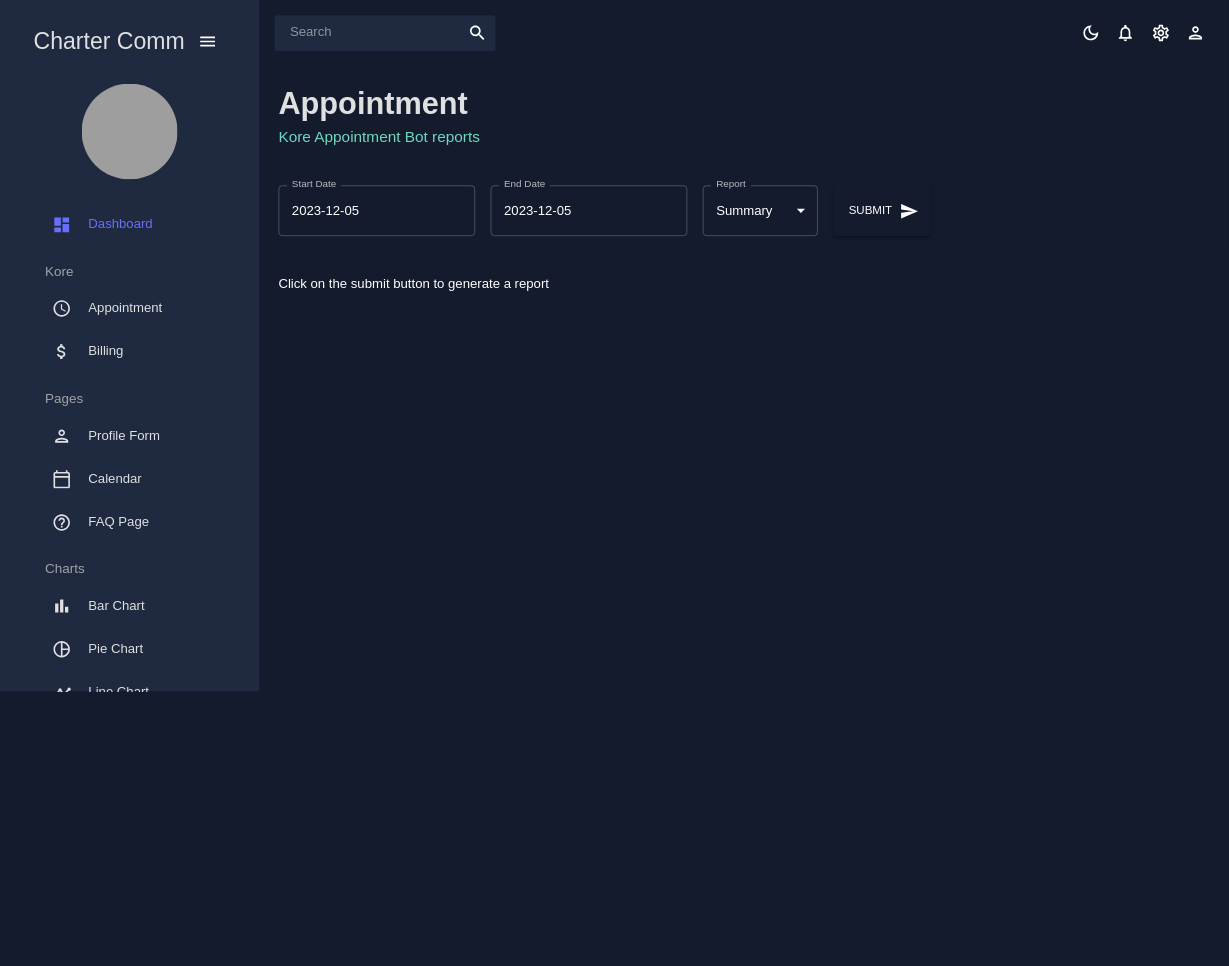
Repository: HenrryWith2Rs/reporthub
Page: /kore/appt (app in ui/)
These files come from the project's save history. The page is drawn as it stood at one moment and after the next save; the edit follows.
The browser window is 1280 px wide. The pictures show the whole page, at 96% of full size.
Pictures or frames that could not be fetched are drawn as grey boxes. The project was rebuilt for these pictures with package versions that can differ from the ones it lists, and the page was loaded fresh each time. Also part of the build but not shown: ui/vite.config.ts, ui/src/data/mockData.ts, ui/src/components/LineChart.tsx, ui/src/data/mockGeoFeatures.ts, ui/src/components/GeographyChart.tsx, ui/src/data/dataParser.ts, ui/src/components/BarChart.tsx, ui/src/components/ProgressCircle.tsx and 8 more.

Above is the page before, as saved 2023-12-07 08:14:15.

### ui/src/main.tsx
import React from 'react';
import ReactDOM from 'react-dom/client';
import { BrowserRouter } from 'react-router-dom';
import App from './App.tsx';
import './index.css';
import { LocalizationProvider } from '@mui/x-date-pickers';
import { AdapterDateFns } from '@mui/x-date-pickers/AdapterDateFns';
import { QueryClient, QueryClientProvider } from '@tanstack/react-query';
// import {ReactQueryDevtools} from "@tanstack/react-query-devtools"

const queryClient = new QueryClient();

ReactDOM.createRoot(document.getElementById('root')!).render(
  <React.StrictMode>
    <LocalizationProvider dateAdapter={AdapterDateFns}>
      <BrowserRouter>
        <QueryClientProvider client={queryClient}>
          <App />
        </QueryClientProvider>
      </BrowserRouter>
    </LocalizationProvider>
  </React.StrictMode>
);

### ui/src/App.tsx
import { Routes, Route } from 'react-router-dom';
import ThemeRegistry from './ThemeRegistry/ThemeRegistry';
import Topbar from './scenes/global/Topbar';
import Sidebar from './scenes/global/Sidebar';
import Dashboard from './scenes/dashboard';
import Appointment from './scenes/appointment';
import Bar from './scenes/bar';
import Pie from './scenes/pie';
import Line from './scenes/line';
import Geography from './scenes/geography';

function App() {
  return (
    <ThemeRegistry>
      <div className="app">
        <Sidebar />
        <main className="content">
          <Topbar />
          <Routes>
            <Route path="/" element={<Dashboard />} />
            <Route path="/kore/appt" element={<Appointment />} />
            <Route path="/bar" element={<Bar />} />
            <Route path="/pie" element={<Pie />} />
            <Route path="/line" element={<Line />} />
            <Route path="/geography" element={<Geography />} />
          </Routes>
        </main>
      </div>
    </ThemeRegistry>
  );
}

export default App;

### ui/src/index.css
@import url('https://fonts.googleapis.com/css2?family=Poppins:wght@300;400;500;600&family=Source+Code+Pro:wght@400;600;700&display=swap');

html,
body,
#root,
.app,
.content {
  height: 100%;
  width: 100%;
  font-family: 'Source Sans Pro', sans-serif;
}

.app {
  display: flex;
  position: relative;
}

::-webkit-scrollbar {
  width: 10px;
}

/* Track */
::-webkit-scrollbar-track {
  background: #e0e0e0;
}

/* Handle */
::-webkit-scrollbar-thumb {
  background: #888;
}

/* Handle on hover */
::-webkit-scrollbar-thumb:hover {
  background: #555;
}

### ui/src/ThemeRegistry/ThemeRegistry.tsx
import { ThemeProvider, CssBaseline } from '@mui/material';
import { ColorModeContext, useMode } from './theme';

export default function ThemeRegistry({
  children,
}: {
  children: React.ReactNode;
}) {
  const [theme, colorMode] = useMode();
  return (
    <ColorModeContext.Provider value={colorMode}>
      <ThemeProvider theme={theme}>
        {/* CssBaseline kickstart an elegant, consistent, and simple baseline to build upon. */}
        <CssBaseline />
        {children}
      </ThemeProvider>
    </ColorModeContext.Provider>
  );
}

### ui/src/scenes/global/Topbar.tsx
import { Box, IconButton, useTheme } from '@mui/material';
import { useContext } from 'react';
import { ColorModeContext, tokens } from '../../ThemeRegistry/theme';
import InputBase from '@mui/material/InputBase';
import LightModeOutlinedIcon from '@mui/icons-material/LightModeOutlined';
import DarkModeOutlinedIcon from '@mui/icons-material/DarkModeOutlined';
import NotificationsOutlinedIcon from '@mui/icons-material/NotificationsOutlined';
import SettingsOutlinedIcon from '@mui/icons-material/SettingsOutlined';
import PersonOutlinedIcon from '@mui/icons-material/PersonOutlined';
import SearchIcon from '@mui/icons-material/Search';

const Topbar = () => {
  const theme = useTheme();
  const colors = tokens(theme.palette.mode);
  const colorMode = useContext(ColorModeContext);

  return (
    <Box display="flex" justifyContent="space-between" p={2}>
      {/* SEARCH BAR */}
      <Box
        sx={{
          display: 'flex',
          backgroundColor: colors.primary[400],
          borderRadius: '3px',
        }}
      >
        <InputBase sx={{ ml: 2, flex: 1 }} placeholder="Search" />
        <IconButton type="button" sx={{ p: 1 }}>
          <SearchIcon />
        </IconButton>
      </Box>

      {/* ICONS */}
      <Box display="flex">
        <IconButton onClick={colorMode.toggleColorMode}>
          {theme.palette.mode === 'dark' ? (
            <DarkModeOutlinedIcon />
          ) : (
            <LightModeOutlinedIcon />
          )}
        </IconButton>
        <IconButton>
          <NotificationsOutlinedIcon />
        </IconButton>
        <IconButton>
          <SettingsOutlinedIcon />
        </IconButton>
        <IconButton>
          <PersonOutlinedIcon />
        </IconButton>
      </Box>
    </Box>
  );
};

export default Topbar;

### ui/src/scenes/appointment/index.tsx
import { useState, useEffect } from 'react';
import { tokens } from '../../ThemeRegistry/theme';
import Header from '../../components/Header';
import {
  useTheme,
  Box,
  Stack,
  Button,
  MenuItem,
  InputLabel,
  FormControl,
  CircularProgress,
} from '@mui/material';
import SendIcon from '@mui/icons-material/Send';
import Select, { SelectChangeEvent } from '@mui/material/Select';
import { DatePicker } from '@mui/x-date-pickers/DatePicker';
import { format } from 'date-fns';
import { getLastNDays } from '../../utils/dateUtils';
import { ReportType } from '../../types/koreTypes';
import useBotData from '../../api/dataHooks/useAppointmentData';
import BotReport from '../../components/BotReport';

const Appointment = () => {
  const theme = useTheme();
  const colors = tokens(theme.palette.mode);

  // State variables
  const [dateStart, setDateStart] = useState<Date | null>(new Date());
  const [dateEnd, setDateEnd] = useState<Date | null>(new Date());
  const [reportType, setReportType] = useState<ReportType>('summary');
  const [isFetchEnabled, setIsFetchEnabled] = useState<boolean>(false);

  // Effect to set initial date values
  useEffect(() => {
    const { startDate, endDate } = getLastNDays(1);
    setDateStart(startDate);
    setDateEnd(endDate);
  }, []);

  // Format date values
  const formattedStartDate = formatDate(dateStart);
  const formattedEndDate = formatDate(dateEnd);

  // Fetch data using useBotData
  const { data, isFetching, error, refetch } = useBotData(
    'appointment',
    formattedStartDate,
    formattedEndDate,
    reportType,
    'html',
    isFetchEnabled
  );

  // Log loading, error, or API response
  if (isFetching) {
    console.log('Loading...');
  } else if (error) {
    console.error('Error fetching data');
  } else if (data) {
    console.log('API Response:', data);
    // Display data or update state as needed
  }

  // Handle select change
  const handleSelectChange = (event: SelectChangeEvent) => {
    setReportType(event.target.value as ReportType);
  };

  // Handle form submission
  const handleSubmit = () => {
    setIsFetchEnabled(true); // Enable fetching
    refetch(); // Trigger API call
  };
  return (
    <Box m="20px">
      <Header title="Appointment" subtitle="Kore Appointment Bot reports" />
      <Box m="40px 0 0 0" height="75vh">
        <Stack direction="row" spacing={2}>
          <DatePicker
            label="Start Date"
            format="yyyy-MM-dd"
            value={dateStart}
            onChange={(newValue) => setDateStart(newValue)}
          />
          <DatePicker
            label="End Date"
            format="yyyy-MM-dd"
            value={dateEnd}
            onChange={(newValue) => setDateEnd(newValue)}
          />
          <FormControl sx={{ minWidth: 120 }}>
            <InputLabel>Report</InputLabel>
            <Select
              value={reportType}
              label="Report"
              onChange={handleSelectChange}
            >
              <MenuItem value={'summary'}>Summary</MenuItem>
              <MenuItem value={'detailed'}>Detailed</MenuItem>
            </Select>
          </FormControl>
          <Button
            variant="contained"
            endIcon={<SendIcon />}
            onClick={handleSubmit}
          >
            Submit
          </Button>
        </Stack>
        <Box m="40px 0 0 0" height="100vh">
          {isFetching ? (
            <CircularProgress />
          ) : error ? (
            <div>Error fetching data. Please try again.</div>
          ) : data ? (
            <BotReport html={data.message} />
          ) : (
            <div>Click on the submit button to generate a report</div>
          )}
        </Box>
      </Box>
    </Box>
  );
};

const formatDate = (date: Date | null): string => {
  return date ? format(date, 'yyyy-MM-dd') : '';
};

export default Appointment;

### ui/src/ThemeRegistry/theme.ts
import { createContext, useState, useMemo } from 'react';
import { Theme, createTheme } from '@mui/material/styles';

type Mode = 'dark' | 'light';

// color design tokens export
export const tokens = (mode: Mode) => ({
  ...(mode === 'dark'
    ? {
        grey: {
          100: '#e0e0e0',
          200: '#c2c2c2',
          300: '#a3a3a3',
          400: '#858585',
          500: '#666666',
          600: '#525252',
          700: '#3d3d3d',
          800: '#292929',
          900: '#141414',
        },
        primary: {
          100: '#d0d1d5',
          200: '#a1a4ab',
          300: '#727681',
          400: '#1F2A40',
          500: '#141b2d',
          600: '#101624',
          700: '#0c101b',
          800: '#080b12',
          900: '#040509',
        },
        greenAccent: {
          100: '#dbf5ee',
          200: '#b7ebde',
          300: '#94e2cd',
          400: '#70d8bd',
          500: '#4cceac',
          600: '#3da58a',
          700: '#2e7c67',
          800: '#1e5245',
          900: '#0f2922',
        },
        redAccent: {
          100: '#f8dcdb',
          200: '#f1b9b7',
          300: '#e99592',
          400: '#e2726e',
          500: '#db4f4a',
          600: '#af3f3b',
          700: '#832f2c',
          800: '#58201e',
          900: '#2c100f',
        },
        blueAccent: {
          100: '#e1e2fe',
          200: '#c3c6fd',
          300: '#a4a9fc',
          400: '#868dfb',
          500: '#6870fa',
          600: '#535ac8',
          700: '#3e4396',
          800: '#2a2d64',
          900: '#151632',
        },
      }
    : {
        grey: {
          100: '#141414',
          200: '#292929',
          300: '#3d3d3d',
          400: '#525252',
          500: '#666666',
          600: '#858585',
          700: '#a3a3a3',
          800: '#c2c2c2',
          900: '#e0e0e0',
        },
        primary: {
          100: '#040509',
          200: '#080b12',
          300: '#0c101b',
          400: '#f2f0f0', // manually changed
          500: '#141b2d',
          600: '#1F2A40',
          700: '#727681',
          800: '#a1a4ab',
          900: '#d0d1d5',
        },
        greenAccent: {
          100: '#0f2922',
          200: '#1e5245',
          300: '#2e7c67',
          400: '#3da58a',
          500: '#4cceac',
          600: '#70d8bd',
          700: '#94e2cd',
          800: '#b7ebde',
          900: '#dbf5ee',
        },
        redAccent: {
          100: '#2c100f',
          200: '#58201e',
          300: '#832f2c',
          400: '#af3f3b',
          500: '#db4f4a',
          600: '#e2726e',
          700: '#e99592',
          800: '#f1b9b7',
          900: '#f8dcdb',
        },
        blueAccent: {
          100: '#151632',
          200: '#2a2d64',
          300: '#3e4396',
          400: '#535ac8',
          500: '#6870fa',
          600: '#868dfb',
          700: '#a4a9fc',
          800: '#c3c6fd',
          900: '#e1e2fe',
        },
      }),
});

// mui theme settings
export const themeSettings = (mode: Mode) => {
  const colors = tokens(mode);
  return {
    palette: {
      mode: mode,
      ...(mode === 'dark'
        ? {
            // palette values for dark mode
            primary: {
              main: colors.primary[500],
            },
            secondary: {
              main: colors.greenAccent[500],
            },
            neutral: {
              dark: colors.grey[700],
              main: colors.grey[500],
              light: colors.grey[100],
            },
            background: {
              default: colors.primary[500],
            },
          }
        : {
            // palette values for light mode
            primary: {
              main: colors.primary[100],
            },
            secondary: {
              main: colors.greenAccent[500],
            },
            neutral: {
              dark: colors.grey[700],
              main: colors.grey[500],
              light: colors.grey[100],
            },
            background: {
              default: '#fcfcfc',
            },
          }),
    },
    typography: {
      fontFamily: ['Source Sans Pro', 'sans-serif'].join(','),
      fontSize: 12,
      h1: {
        fontFamily: ['Source Sans Pro', 'sans-serif'].join(','),
        fontSize: 40,
      },
      h2: {
        fontFamily: ['Source Sans Pro', 'sans-serif'].join(','),
        fontSize: 32,
      },
      h3: {
        fontFamily: ['Source Sans Pro', 'sans-serif'].join(','),
        fontSize: 24,
      },
      h4: {
        fontFamily: ['Source Sans Pro', 'sans-serif'].join(','),
        fontSize: 20,
      },
      h5: {
        fontFamily: ['Source Sans Pro', 'sans-serif'].join(','),
        fontSize: 16,
      },
      h6: {
        fontFamily: ['Source Sans Pro', 'sans-serif'].join(','),
        fontSize: 14,
      },
    },
  };
};

// context for color mode
export const ColorModeContext = createContext({
  toggleColorMode: () => {},
});

export const useMode = (): [Theme, { toggleColorMode: () => void }] => {
  const [mode, setMode] = useState<Mode>('dark');

  const colorMode = useMemo(
    () => ({
      toggleColorMode: () =>
        setMode((prev) => (prev === 'light' ? 'dark' : 'light')),
    }),
    []
  );

  const theme = useMemo(() => createTheme(themeSettings(mode)), [mode]);
  return [theme, colorMode];
};

### ui/src/components/Header.tsx
import { Typography, Box, useTheme } from '@mui/material';
import { tokens } from '../ThemeRegistry/theme';

type HeaderProps = {
  title: string;
  subtitle: string;
};

const Header = ({ title, subtitle }: HeaderProps) => {
  const theme = useTheme();
  const colors = tokens(theme.palette.mode);
  return (
    <Box mb="30px">
      <Typography
        variant="h2"
        color={colors.grey[100]}
        fontWeight="bold"
        sx={{ m: '0 0 5px 0' }}
      >
        {title}
      </Typography>
      <Typography variant="h5" color={colors.greenAccent[400]}>
        {subtitle}
      </Typography>
    </Box>
  );
};

export default Header;

### ui/src/utils/dateUtils.ts
import { subDays } from 'date-fns';

export function getLastNDays(n: number): {
  startDate: Date;
  endDate: Date;
} {
  const currentDate = new Date();
  const endDate = subDays(currentDate, 1);
  const startDate = subDays(currentDate, n);

  return { startDate, endDate };
}

### ui/src/api/dataHooks/useAppointmentData.ts
// useBotData.ts
import { useQuery } from '@tanstack/react-query';
import {
  RequestParameters,
  BotType,
  ReportType,
  FormatType,
} from '../../types/koreTypes';
import { fetchAppointmentData } from '../data/koreBotDataFetcher';

const useBotData = (
  botType: string,
  dateStart: string,
  dateEnd: string,
  reportType: string,
  format: string,
  isFetchEnabled: boolean
) => {
  const params: RequestParameters = {
    bot: botType as BotType,
    reportType: reportType as ReportType,
    format: format as FormatType,
    dateStart,
    dateEnd,
  };

  const { data, isFetching, error, refetch } = useQuery({
    queryKey: [`${botType}Data`, dateStart, dateEnd],
    queryFn: () => fetchAppointmentData(params),
    enabled: isFetchEnabled,
  });

  return {
    data,
    isFetching,
    error,
    refetch,
  };
};

export default useBotData;

### ui/src/api/data/koreBotDataFetcher.ts
import axios from 'axios';
import { RequestParameters } from '../../types/koreTypes';

export const fetchAppointmentData = async (params: RequestParameters) => {
  try {
    const response = await axios.post(
      'http://localhost:3000/api/kore/appt',
      params
    );

    return response.data;
  } catch (error) {
    throw new Error(`Failed to fetch appointment data -> ${error}`);
  }
};

Loaded but not shown: ui/index.html (common file); ui/src/scenes/global/Sidebar.tsx (235 lines, source omitted)

After the next save:
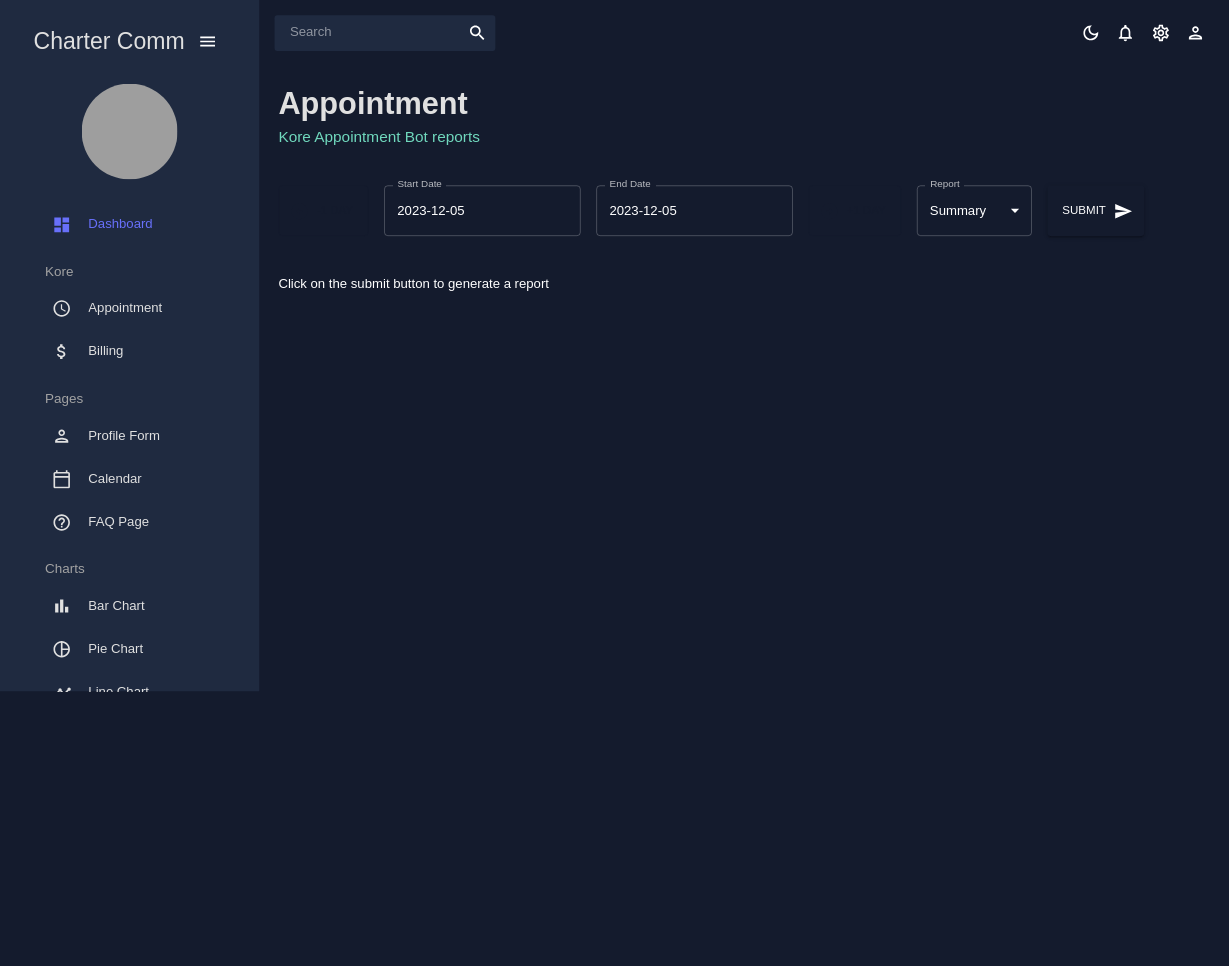
Saved 37 h 5 min later.
--- a/ui/src/scenes/appointment/index.tsx
+++ b/ui/src/scenes/appointment/index.tsx
@@ -6,12 +6,15 @@ import {
   Box,
   Stack,
   Button,
+  IconButton,
   MenuItem,
   InputLabel,
   FormControl,
   CircularProgress,
 } from '@mui/material';
 import SendIcon from '@mui/icons-material/Send';
+import ArrowCircleLeftIcon from '@mui/icons-material/ArrowCircleLeft';
+import ArrowCircleRightIcon from '@mui/icons-material/ArrowCircleRight';
 import Select, { SelectChangeEvent } from '@mui/material/Select';
 import { DatePicker } from '@mui/x-date-pickers/DatePicker';
 import { format } from 'date-fns';
@@ -19,6 +22,7 @@ import { getLastNDays } from '../../utils/dateUtils';
 import { ReportType } from '../../types/koreTypes';
 import useBotData from '../../api/dataHooks/useAppointmentData';
 import BotReport from '../../components/BotReport';
+import { ArrowLeftIcon } from '@mui/x-date-pickers';
 
 const Appointment = () => {
   const theme = useTheme();
@@ -76,6 +80,9 @@ const Appointment = () => {
       <Header title="Appointment" subtitle="Kore Appointment Bot reports" />
       <Box m="40px 0 0 0" height="75vh">
         <Stack direction="row" spacing={2}>
+          <Button variant="outlined" startIcon={<ArrowCircleLeftIcon />}>
+            -1 Day
+          </Button>
           <DatePicker
             label="Start Date"
             format="yyyy-MM-dd"
@@ -88,6 +95,9 @@ const Appointment = () => {
             value={dateEnd}
             onChange={(newValue) => setDateEnd(newValue)}
           />
+          <Button variant="outlined" startIcon={<ArrowCircleRightIcon />}>
+            +1 Day
+          </Button>
           <FormControl sx={{ minWidth: 120 }}>
             <InputLabel>Report</InputLabel>
             <Select
